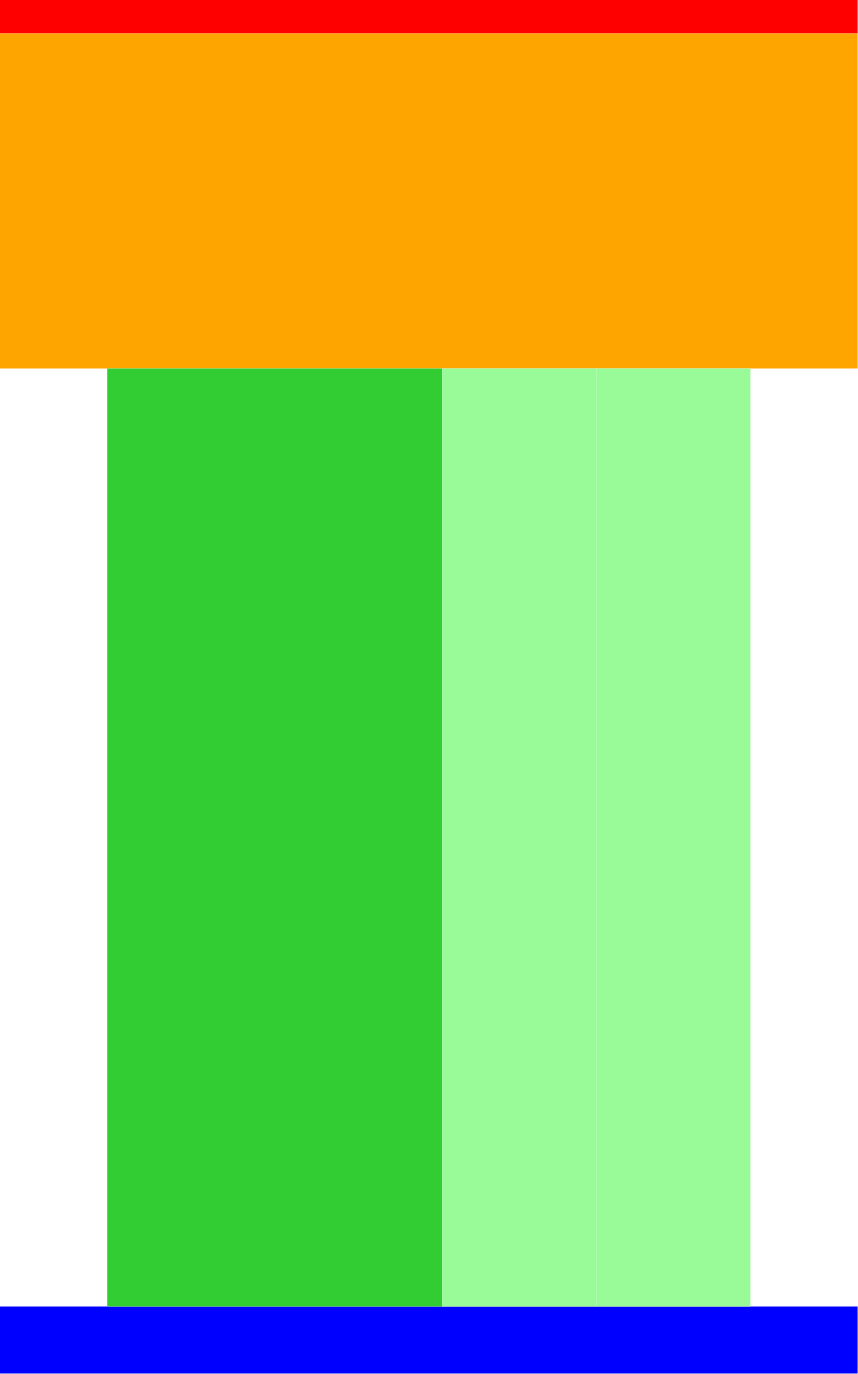
Repository: kawashimq/git-practice
Page: practice/practice-html-4.html
The author's editor kept a record of every edit. The page is drawn from the files as they stood at one moment, then again after the next edit.
The browser window is 1280 px wide. The pictures show the whole page, at 67% of full size.

Above is the page before.

### practice/practice-html-4.html
<!DOCTYPE html>
<html lang="ja">
  <head>
    <meta charset="UTF-8" />

    <link rel="stylesheet" href="practice-html-4.css" />
    <title>演習４</title>
  </head>

  <body>

    <div class="header"></div>

    <div class="main-visual"></div>

    <div class="main">
      <div class="blog"></div>
      <div class="sidebar-left"></div>
      <div class="sidebar-right"></div>
    </div>

    <div class="footer"></div>


    </body>
</html>

### practice/practice-html-4.css
* {
  margin: 0;
  padding: 0;
  box-sizing: border-box;
}

.header {
  width: 100%;
  height: 50px;
  background-color: red;
}

.main-visual {
  width: 100%;
  height: 500px;
  background-color: orange;
}

.main {
  width: 960px;
  display: flex;
  justify-content: center;
  margin:0 auto;
}

.sidebar-left {
  width: 230px;
  height: 1400px;
  background-color: palegreen;
}

.blog {
  width: 500px;
  height: 1400px;
  background-color: limegreen;
}

.sidebar-right {
  width: 230px;
  height: 1400px;
  background-color: palegreen;
}

.footer {
   width: 100%;
  height: 100px;
  background-color: blue;
}

After the next edit:
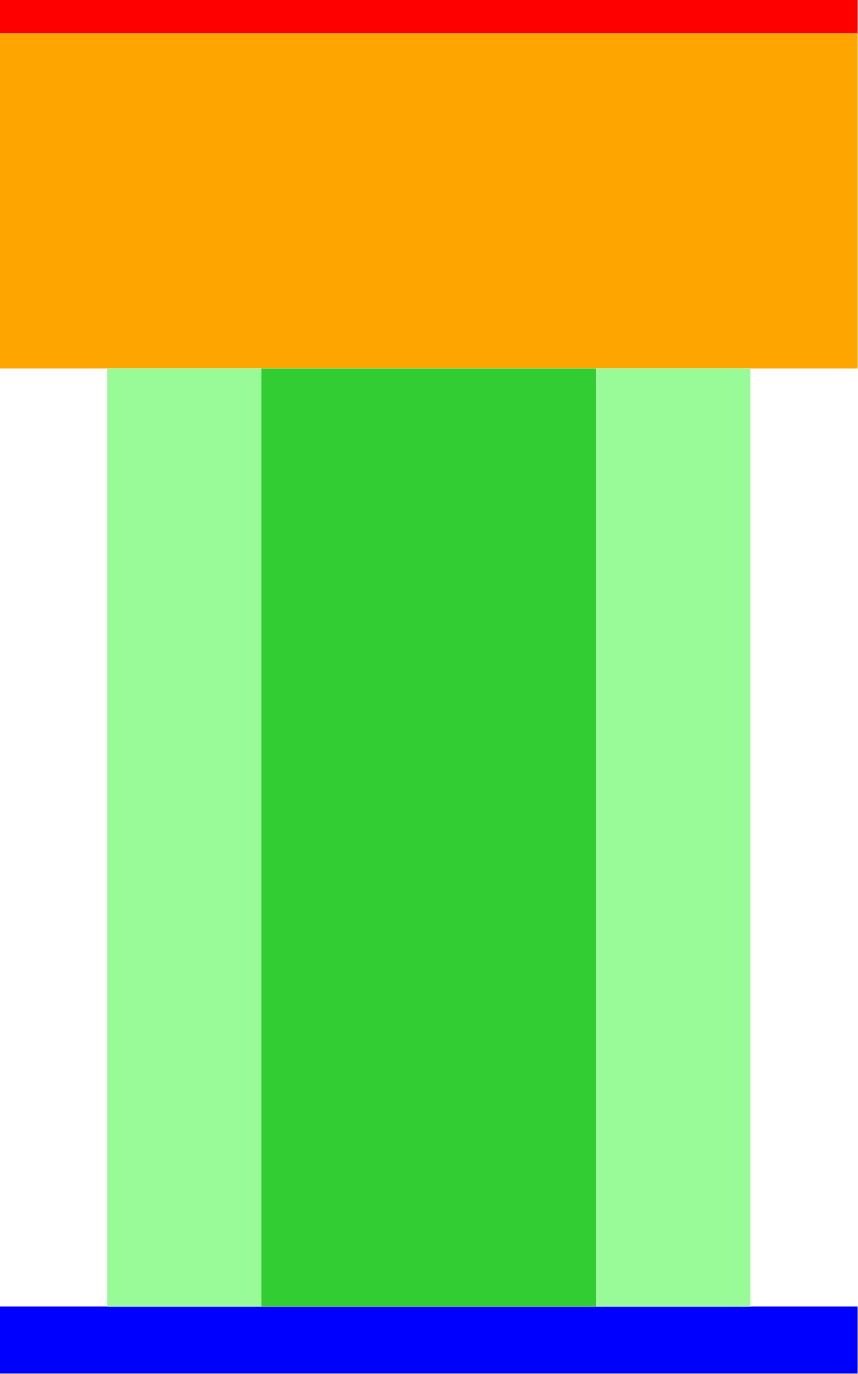
The edit:
--- a/practice/practice-html-4.html
+++ b/practice/practice-html-4.html
@@ -14,8 +14,8 @@
     <div class="main-visual"></div>
 
     <div class="main">
-      <div class="blog"></div>
       <div class="sidebar-left"></div>
+       <div class="blog"></div>
       <div class="sidebar-right"></div>
     </div>
 
